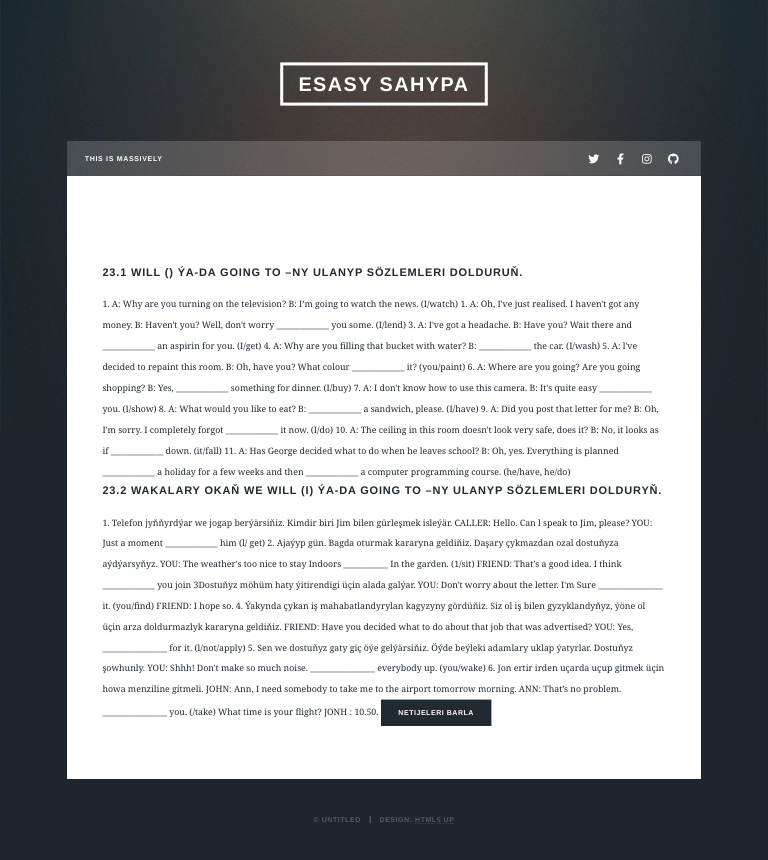
Repository: Sahet-dev/English-grammar-app
Page: test/test_unit _23.html
The author's editor kept a copy of each file at every save. The page is drawn from the files as they stood at one save, then again after the next save.
The browser window is 1280 px wide. The pictures show the whole page, at 60% of full size.
Some web fonts or font styles are not loaded; a fallback is used.

Above is the page before, as saved 2022-06-24 16:38:31.

After the next save:
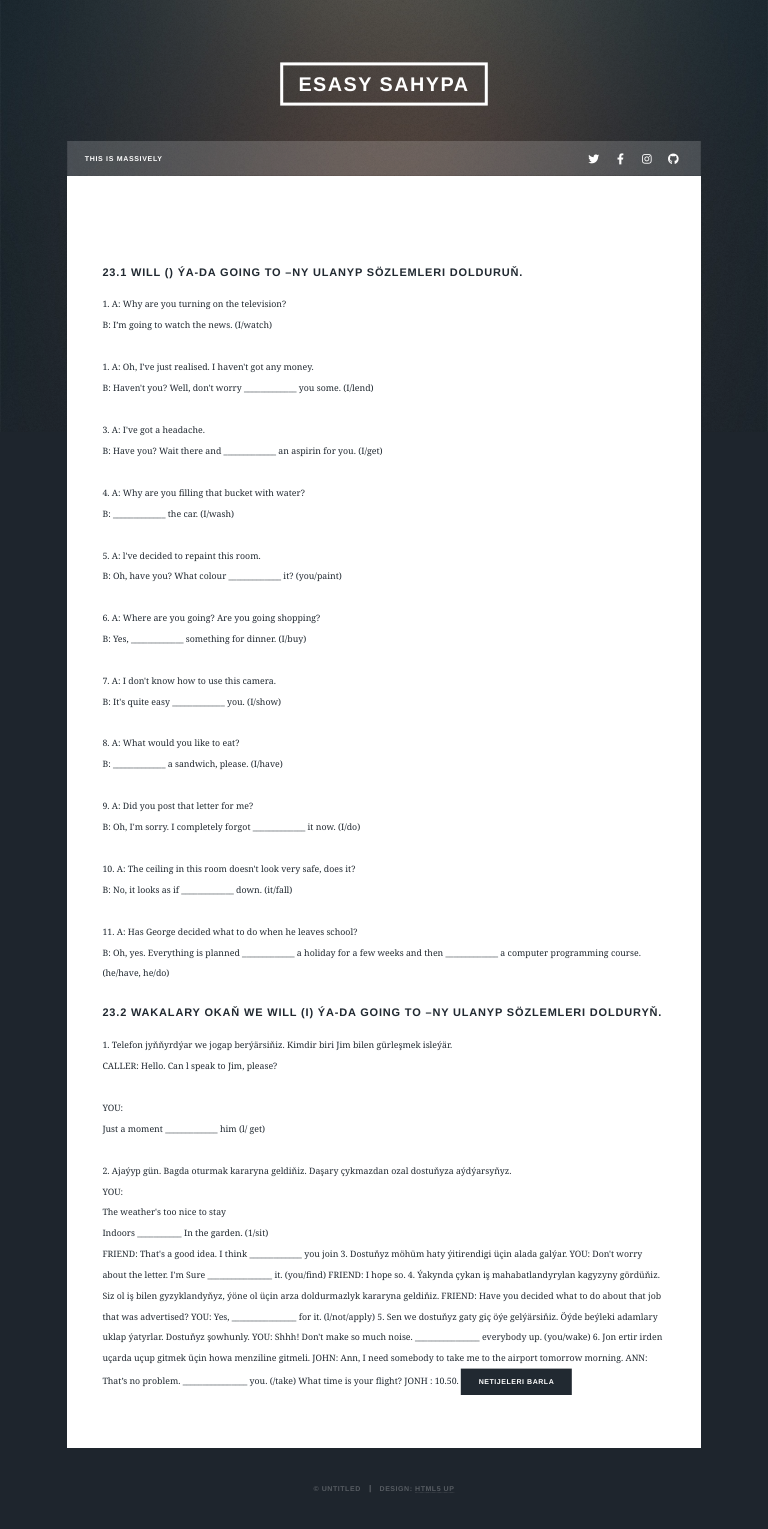
Saved 119 s later.
--- a/test/test_unit _23.html
+++ b/test/test_unit _23.html
@@ -57,80 +57,80 @@
 
 														Will () ýa-da going to –ny ulanyp sözlemleri dolduruň.
 													</h3>
-														1. A: Why are you turning on the television?
-														B: I’m going to watch the news. (I/watch)
+														1. A: Why are you turning on the television?<br>
+														B: I’m going to watch the news. (I/watch)<br><br>
 
 														1.	A: Oh, I've just realised. I haven't got any money.
-
+														<br>
 														B: Haven't you? Well, don't worry    _____________
-														you some. (I/lend)
-
-														3. A: I've got a headache.
+														you some. (I/lend)<br>
+														<br>
+														3. A: I've got a headache.<br>
 														B: Have you? Wait there and    _____________   an
 														aspirin for you. (I/get)
-
-														4. A: Why are you filling that bucket with water?
+														<br><br>
+														4. A: Why are you filling that bucket with water?<br>
 														B:    _____________
 
 														the car. (I/wash)
-
-														5. A: l've decided to repaint this room.
+														<br><br>
+														5. A: l've decided to repaint this room.<br>
 														B: Oh, have you? What colour    _____________    it?
 														(you/paint)
-
+														<br><br>
 														6. A: Where are you going? Are you going
-														shopping?
+														shopping?<br>
 														B: Yes,    _____________   something for dinner. (I/buy)
-
+														<br><br>
 														7. A: I don't know how to use this camera.
-
+														<br>
 														B: It's quite easy    _____________    you. (I/show)
-
-														8. A: What would you like to eat?
+														<br><br>
+														8. A: What would you like to eat?<br>
 														B:    _____________    a sandwich, please. (I/have)
-
-
-														9. A: Did you post that letter for me?
+														<br><br>
+
+														9. A: Did you post that letter for me?<br>
 														B: Oh, I'm sorry. I completely forgot    _____________
 														it now. (I/do)
-
+														<br><br>
 														10. A: The ceiling in this room doesn't look very
-														safe, does it?
+														safe, does it?<br>
 														B: No, it looks as if     _____________    down. (it/fall)
-
+														<br><br>
 														11. A: Has George decided what to do when he
 
-														leaves school?
+														leaves school?<br>
 
 														B: Oh, yes. Everything is planned    _____________
 														a holiday for a few weeks and then    _____________    a
 														computer programming course. (he/have, he/do)
-
+														<br><br>
 													<h3>23.2
 
 														Wakalary okaň we  will (I) ýa-da going to –ny ulanyp sözlemleri dolduryň.
 													</h3>
 														1. Telefon jyňňyrdýar we jogap berýärsiňiz. Kimdir biri
-														Jim bilen gürleşmek isleýär.
+														Jim bilen gürleşmek isleýär.<br>
 														CALLER: Hello. Can l speak to Jim, please?
-
-														YOU:
-
+														<br><br>
+														YOU:
+														<br>
 														Just a moment    _____________    him (l/
 
 														get)
-
+														<br><br>
 														2.  Ajaýyp gün. Bagda oturmak kararyna geldiňiz. Daşary çykmazdan ozal  dostuňyza aýdýarsyňyz.
-
-														YOU:
-
+														<br>
+														YOU:
+														<br>
 														The weather's too nice to stay
-
+														<br>
 														Indoors ___________ In the garden. (1/sit)
-
+														<br>
 														FRIEND: That's a good idea. I think _____________   you join
 
-														3Dostuňyz möhüm haty ýitirendigi üçin alada galýar.
+														3. Dostuňyz möhüm haty ýitirendigi üçin alada galýar.
 														YOU:
 
 														Don't worry about the letter. I'm
